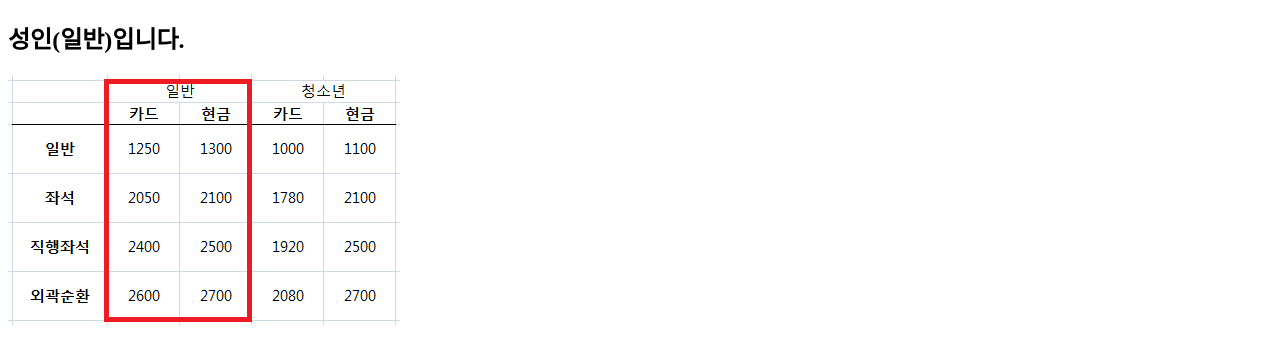
Repository: eun-chongzzz/jsp_practice
Page: http://localhost/JSPBasic/jspObject/4.objecttest/bus_adult.jsp
The author's editor kept a copy of each file at every save. The page is drawn from the files as they stood at one save, then again after the next save.
The browser window is 1280 px wide. The pictures show the whole page.
The page is served by Tomcat 9.

Above is the page before, as saved 2022-02-07 05:37:37.

### JSPBasic/src/main/webapp/jspObject/4.objecttest/bus_adult.jsp
<%@ page language="java" contentType="text/html; charset=UTF-8"
    pageEncoding="UTF-8"%>
<!DOCTYPE html>
<html>
<head>
<meta charset="UTF-8">
<title>Insert title here</title>
</head>
<body>
	<h2>성인(일반)입니다.</h2>
	<img src="repository/일반.png">
</body>
</html>

After the next save:
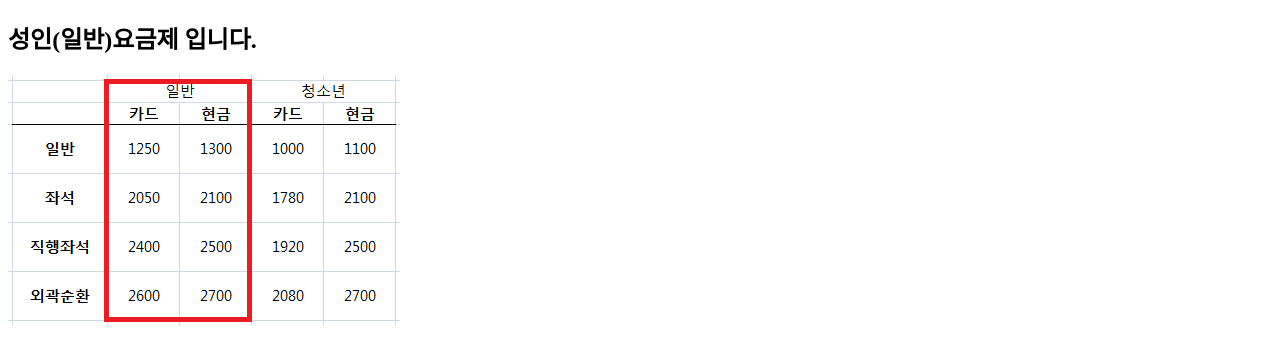
Saved 29 s later.
--- a/JSPBasic/src/main/webapp/jspObject/4.objecttest/bus_adult.jsp
+++ b/JSPBasic/src/main/webapp/jspObject/4.objecttest/bus_adult.jsp
@@ -7,7 +7,7 @@
 <title>Insert title here</title>
 </head>
 <body>
-	<h2>성인(일반)입니다.</h2>
+	<h2>성인(일반)요금제 입니다.</h2>
 	<img src="repository/일반.png">
 </body>
 </html>
